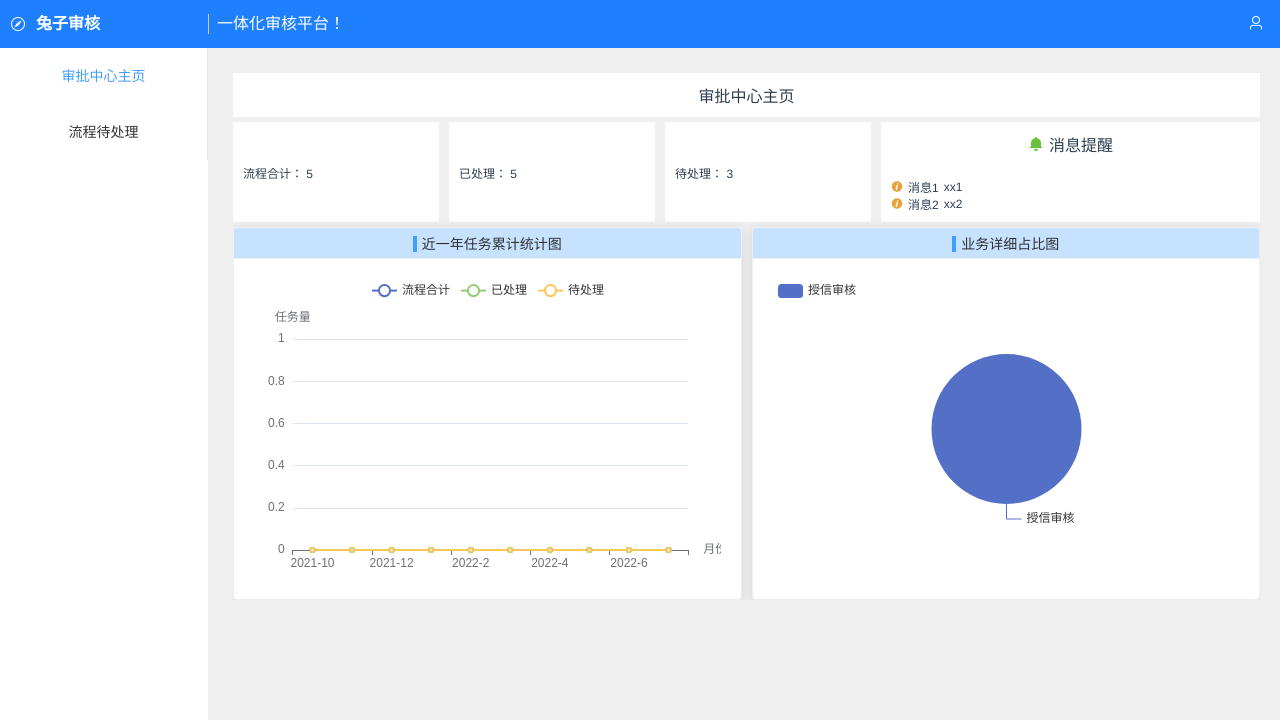
Repository: lucky-LoL735/lois
Page: / (app in project-audit/)
The author's editor kept a copy of each file at every save. The page is drawn from the files as they stood at one save, then again after the next save.
The browser window is 1280 px wide. The pictures show the whole page.
The project was rebuilt for these pictures with package versions that can differ from the ones it lists, and the page was loaded fresh each time. Also part of the build but not shown: project-audit/vue.config.js, project-audit/src/views/ToDo.vue, project-audit/src/views/LogDetail.vue, project-audit/src/views/FlowView.vue, project-audit/src/views/HandleTask.vue, project-audit/src/views/SeeLog.vue.

Above is the page before, as saved 2022-11-17 17:13:33.

### project-audit/src/main.js
import Vue from 'vue'
import App from './App.vue'
import router from './router'
import store from './store'
import elementUI from 'element-ui';
import 'element-ui/lib/theme-chalk/index.css'
//import mock from './mock';
//mock.bootstrap()//初始化模拟数据

Vue.use(elementUI, { size: 'mini', zIndex: 3000 })
Vue.config.productionTip = false
Vue.use(elementUI)

new Vue({
  router,
  store,
  render: h => h(App)
}).$mount('#app')
// 引入路由、vuex数据、element-ui以及模拟数据。’./mock’是模拟数据，mock.bootstrap()初始化这些数据

### project-audit/src/App.vue
<template>
  <div id="app">
    <!-- <router-view></router-view> -->
    <div class="container">
      <header>
        <div class="logo">
          <i class="el-icon-discover" style="display: block;width: 20px; height: ;20px; margin-right:8px"></i>
          <span>兔子审核</span>
        </div>
        <div class="slogo">
          <p class="line"></p>
          <p class="slogo-content">一体化审核平台！</p>
        </div>
        <div class="userinfo">
          <el-dropdown trigger="hover" @command="logout">
            <i class="el-icon-user" style="color: #fff;font-size:16px;"></i>
            <el-dropdown-menu slot="dropdown">
              <el-dropdown-item>我的消息</el-dropdown-item>
              <el-dropdown-item>设置</el-dropdown-item>
              <el-dropdown-item command="logout" divided>退出登录</el-dropdown-item>
            </el-dropdown-menu>
          </el-dropdown>
        </div>
      </header>
      <!-- 左侧导航栏 -->
      <aside class="nav">
        <!-- 添加代码 -->
        <el-menu :default-openeds="['/']" :default-active="$route.path" router class="el-menu-vertical-demo"
          :collapse="isCollapse">
          <template v-for="item in $router.options.routes">
            <el-sub-menu :index="item.path" :key="item.name"
              v-if="!item.hidden && item.children && item.children.length > 0">
              <template slot="title">
                <i :class="[item.icon]"></i>
                <span>{{ item.name }}</span>
              </template>
              <template v-for="child in item.children">
                <el-menu-item :index="child.path" :key="child.name" v-if="!child.isPermisson">
                  {{ child.name }}</el-menu-item>
              </template>
            </el-sub-menu>
            <el-menu-item :index="item.path" :key="item.path" v-else-if="!item.hidden && !item.isPermisson">
              <i :class="[item.icon]"></i>
              <template slot="title">{{ item.name }}</template>
            </el-menu-item>
          </template>
        </el-menu>
      </aside>
      <!-- 主要内容 -->
      <el-main class="content">
        <router-view></router-view>
      </el-main>
    </div>
  </div>
</template>

<style lang="scss">
*{
  margin: 0px;
  padding: 0px;
  //css样式设置所有元素的padding和margin为0，是为了统一不同浏览器的两个值的默认值
}
#app {
  font-family: Avenir, Helvetica, Arial, sans-serif;
  -webkit-font-smoothing: antialiased;
  -moz-osx-font-smoothing: grayscale;
  text-align: center;
  color: #2c3e50;
}
body {
  background: #efefef;
}
</style>
<script>
export default {
  data() {
    return {

    };
  },
  methods: {
  },
}
</script>
<style scoped lang="scss">
.container {
  header {
    position: fixed;
    top: 0;
    height: 48px;
    width: 100%;
    line-height: 48px;
    background: #1e80ff;
    color: #fff;
    z-index: 1000;
    display: flex;

    .logo {
      height: 100%;
      ;
      width: 100%;
      display: flex;
      align-items: center;
      width: 200px;
      padding-left: 8px;
      font-weight: bold;

      span {
        font-size: 16px;
      }
    }

    .slogo {
      flex: 1;
      display: flex;
      align-items: center;
    }

    p.line {
      height: 20px;
      background-color: #ccc;
      width: 1px;
    }

    p.slogo-content {
      margin-left: 8px;
      color: #fff;
    }

    .userinfo {
      display: flex;
      align-items: center;
      padding-right: 16px;
      flex: 1;
      justify-content: flex-end;

      .avatar {
        width: 24px;
        height: 24px;
        cursor: pointer;
        color: #fff;
      }
    }
  }

  .nav {
    position: fixed;
    top: 48px;
    background: #fff;
    bottom: 0;
    width: 208px;
  }

  .content {
    margin-left: 213px;
    margin-top: 53x !important;
  }
}
</style>

### project-audit/src/router/index.js
//import AboutView from '@/views/AboutView.vue';
import HomeView from '@/views/HomeView.vue';
//import MainView from '@/views/MainView.vue'
import ToDo from '../views/ToDo.vue'
//import Error from '../views/Error.vue'
import LogDetail from '../views/LogDetail.vue'
import FlowView from '../views/FlowView.vue'
import HandleTask from '../views/HandleTask.vue'
import SeeLog from '../views/SeeLog.vue'
import Vue from 'vue'
import VueRouter from 'vue-router'

Vue.use(VueRouter)

const routes = [
  {
    path: '/',
    redirect: '/home',
    children: [],
    hidden: true
  },
 {
    path: '/home',
    icon: 'Management',
    name: '审批中心主页',
    component: HomeView
  },
  {
    path: '/todo',
    icon: 'List',
    name: '流程待处理',
    component: ToDo
  },
  {
    path: '/handletask',
    icon: 'List',
    name: '处理任务',
    component: HandleTask,
    hidden: true,
    children: []
  },
  {
    path: '/flowview',
    icon: 'List',
    name: '流程视图',
    component: FlowView,
    children: [],
    hidden: true
  },
  {
    path: '/seelog',
    icon: 'List',
    name: '查看日志',
    component: SeeLog,
    children: [],
    hidden: true
  },
  {
    path: '/logdetail',
    icon: 'List',
    name: '日志详情',
    component: LogDetail,
    children: [],
    hidden: true
  }];

const router = new VueRouter({
  mode: 'history',
  base: process.env.BASE_URL,
  routes
})

export default router

### project-audit/src/views/HomeView.vue
<template>
  <div class="home">
    <div class="breadcrumb">审批中心主页</div>
    <el-row :gutter="10">
    <el-col :span="5"><div class="grid-content same">流程合计： 5</div>
    </el-col>
    <el-col :span="5"><div class="grid-content same">已处理： 5</div>
    </el-col>
    <el-col :span="5">
      <div class="grid-content same">待处理： 3</div>
    </el-col>
    <el-col :span="9"><div class=".grid-content four">
      <p>
        <i class="el-icon-message-solid" style="color: #67c23a;"></i>
        <span>消息提醒</span>
      </p>
      <div class="mes-box">
        <p>
          <span>
            <i class="el-icon-info info-icon"></i>
            <span class="mes">消息1</span>
            <span class="mes">xx1</span>
          </span>
        </p>
        <p>
          <span>
          <i class="el-icon-info info-icon"></i>
          <span class="mes">消息2</span>
          <span class="mes">xx2</span>
        </span>
      </p>
      </div>
    </div></el-col>
  </el-row>
  <el-row :gutter="10" class="echart-box">
    <el-col :span="12">
      <el-card class="box-card">
        <template slot="header">
          <div class="card-header">
            <span>近一年任务累计统计图</span>
          </div>
        </template>
        <div class="stack-line echart"></div>
      </el-card>
    </el-col>
    <el-col :span="12">
      <el-card class="box-card">
        <template slot="header">
          <div class="card-header">
            <span>业务详细占比图</span>
          </div>
        </template>
        <div class="doughnut echart"></div>
      </el-card>
    </el-col>
  </el-row>
  </div>
</template>
<script>
import * as echarts from 'echarts'
export default ({
  name: "HomeView",
  methods: {
    darwEchart(dom, option) {
      const chartDom = document.querySelector(dom);
      const myChart = echarts.init(chartDom);
      option && myChart.setOption(option);
      return myChart;
    },
    darwEchartStackLine() {
      const option = {
        tooltip: {
          trigger: 'axis',
        },
        legend: {
          data: ["流程合计", "已处理", "待处理"],
        },
        grid: {
          left: "3%",
          right: "7%",
          bottom: "3%",
          containLabel: true,
        },
        xAxis: {
          name: "月份",
          type: "category",
          data: [
            "2021-10",
            "2021-11",
            "2021-12",
            "2022-1",
            "2022-2",
            "2022-3",
            "2022-4",
            "2022-5",
            "2022-6",
            "2022-7",
          ]
        },
        yAxis: {
          name: "任务量",
          type: "value",
        },
        series: [
          {
            name: "流程合计",
            type: "line",
            stack: "Total",
            data: [0, 0, 0, 0, 0, 0, 0, 0, 0, 0],
          },
          {
            name: "已处理",
            type: "line",
            stack: "Total",
            data: [0, 0, 0, 0, 0, 0, 0, 0, 0, 0],
          },
          {
            name: "待处理",
            type: "line",
            stack: "Total",
            data: [0, 0, 0, 0, 0, 0, 0, 0, 0, 0],
          },
        ],
      };
      this.darwEchart("div.stack-line", option);
    },
    darwEchartDoughnut() {
      const option = {
        tooltip: {
          trigger: "item",
        },
        legend: {
          orient: "vertical",
          left: "left",

        },
        series: [
          {
            name: "Access From",
            type: "pie",
            radius: "50%",
            data: [
              { value: 1048, name: "授信审核" }
            ],
            emphasis: {
              itemStyle: {
                shadowBlur: 10,
                shadowOffsetX: 0,
                shadowColor: "rgba(0, 0, 0, 0.5)",
              },
            },
          },
        ],
      };
      this.darwEchart("div.doughnut", option);
    }
  },
  mounted() {
    this.darwEchartStackLine();
    this.darwEchartDoughnut();
  }
})
</script>
<style lang="scss" scoped>
.home {
  overflow: hidden;
  margin-top: 53px ;
}

.same {
  background-color: #fff;
  display: flex;
  padding-left: 10px;
  height: 100px;
  align-items: center;
  font-size: 12px;
}

.four {
  background-color: #fff;
  height: 100px;
  padding: 10px;
  box-sizing: border-box;
  position: relative;

  >p {
    display: flex;
    align-items: center;
    justify-content: center;

    span {
      margin-left: 5px;
    }
  }

  .mes-box {
    position: absolute;
    bottom: 10px;
    left: 10px;
    right: 10px;

    p {
      display: flex;
      justify-content: space-between;

      .info-icon {
        color: #e6a23c;
        font-size: 12px;
      }

      .mes {
        font-size: 12px;
      }

      span:first-child {
        display: flex;
        align-items: center;

        .mes {
          margin-left: 5px;
        }
      }
    }
  }
}

.echart-box {
  margin-top: 5px;

  .echart {
    height: 300px;
  }

  ::v-deep .el-card__header {
    padding: 0;

    .card-header {
      padding: 5px 10px;
      background-color: #c6e2ff;

      span {
        font-size: 14px;
        border-left: 4px solid #409EFF;
        padding-left: 5px;
      }
    }
  }

}

.breadcrumb {
  margin-bottom: 5px;
  background-color: #fff;
  padding: 10px;
}
</style>

Loaded but not shown: project-audit/public/index.html (common file); project-audit/src/store/index.js (common file)

After the next save:
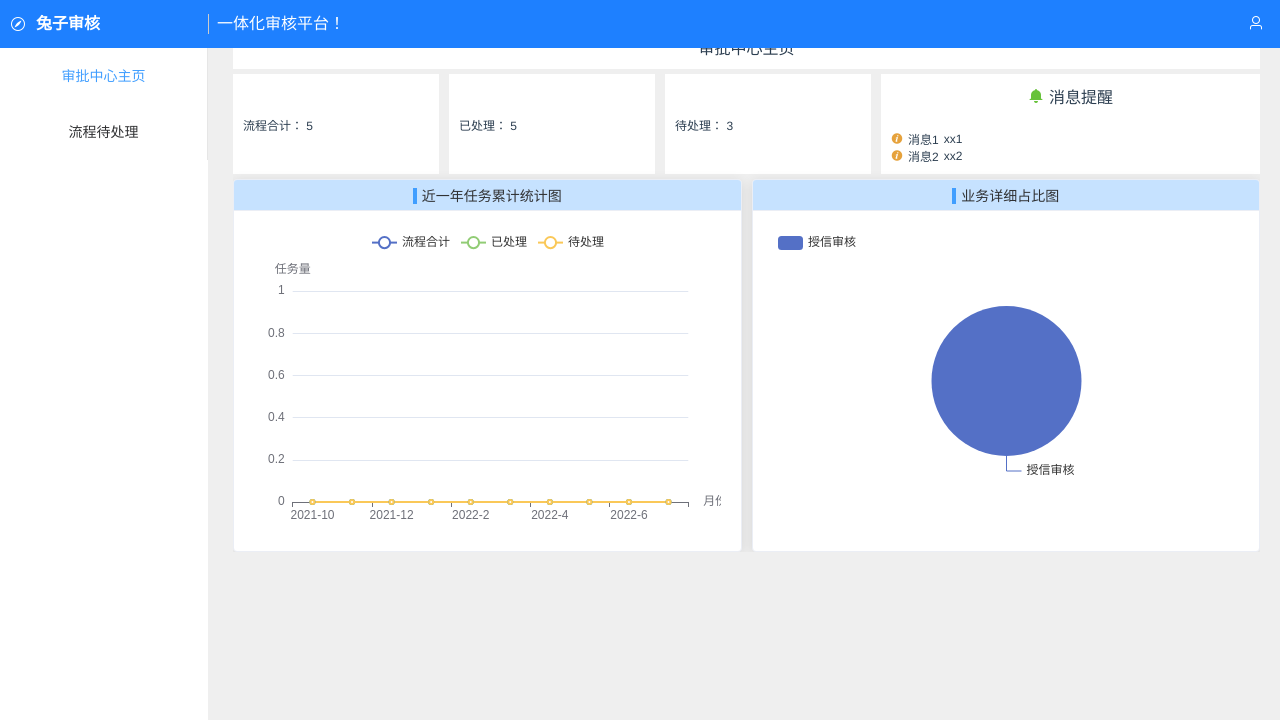
Saved 14 s later.
--- a/project-audit/src/views/HomeView.vue
+++ b/project-audit/src/views/HomeView.vue
@@ -164,7 +164,7 @@ export default ({
 <style lang="scss" scoped>
 .home {
   overflow: hidden;
-  margin-top: 53px ;
+  margin-top: 5px ;
 }
 
 .same {
